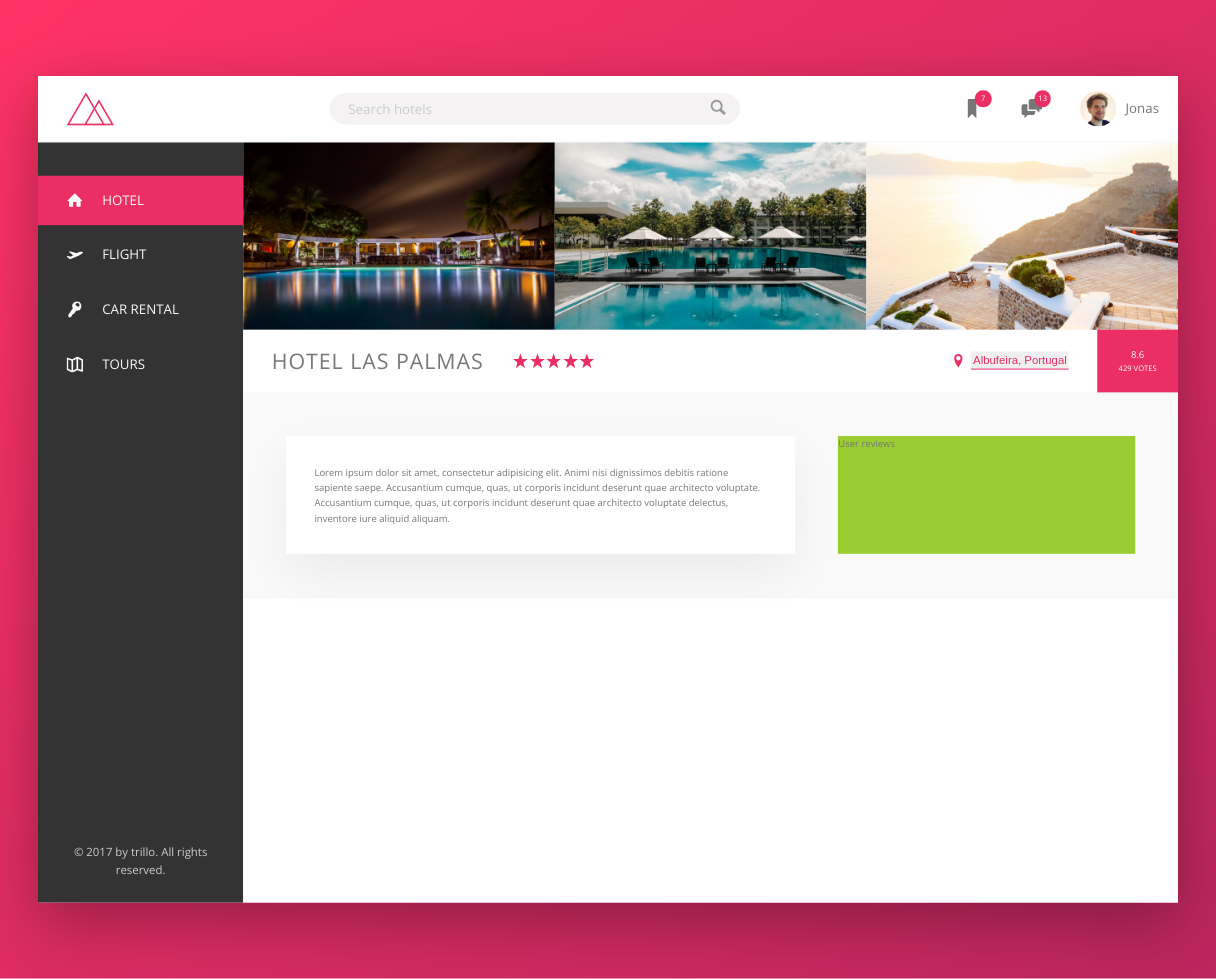
Repository: MalgorzataMazur/Trillo
Page: index.html
These files come from the project's save history. The page is drawn as it stood at one moment and after the next save; the edit follows.
The browser window is 1280 px wide. The pictures show the whole page, at 95% of full size.
The style sheet was rebuilt from its Sass, Less or Tailwind sources for each picture, by a compiler version that may differ from the author's.

Above is the page before, as saved 2020-03-27 18:49:31.

After the next save:
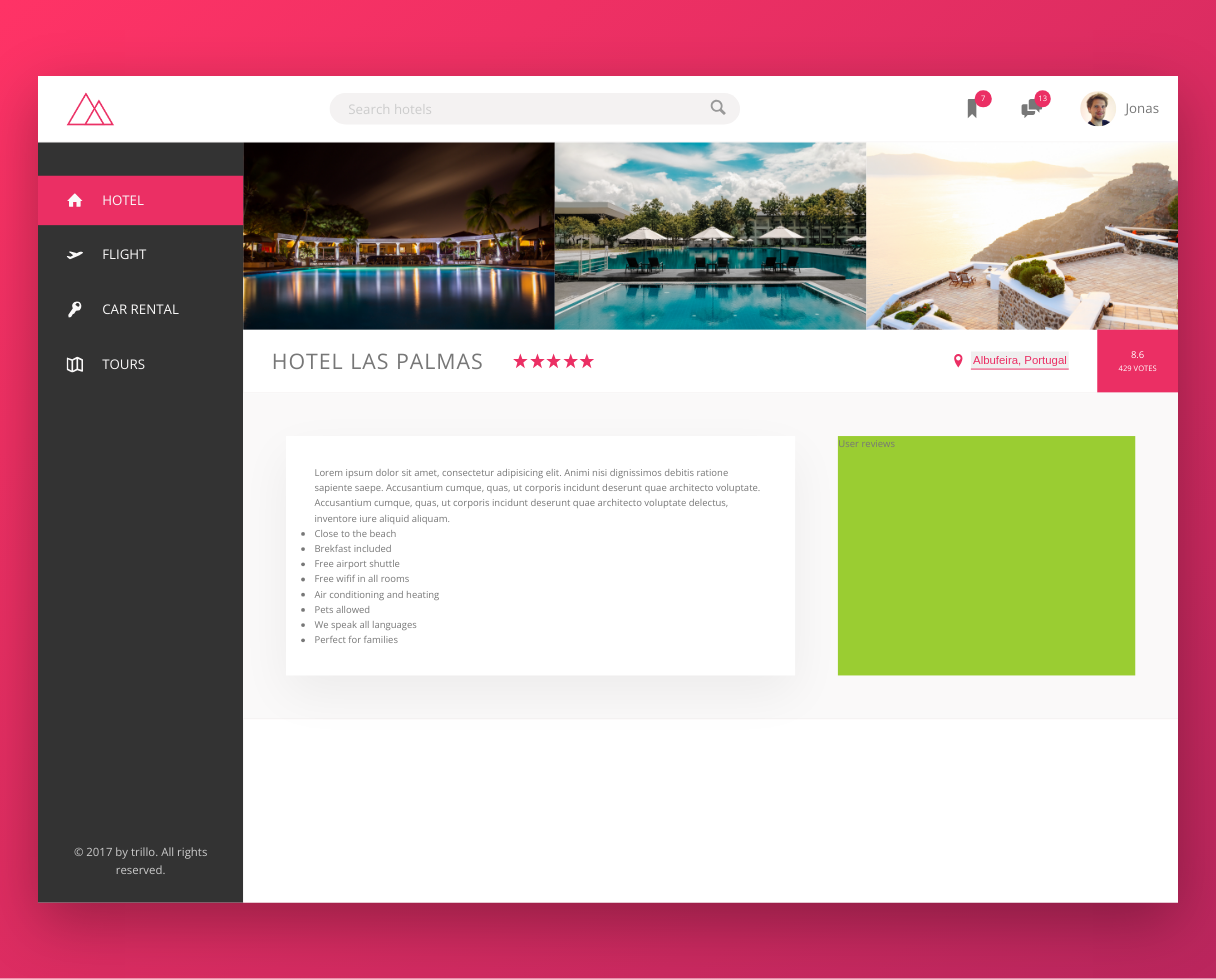
Saved 6 min 1 s later.
--- a/index.html
+++ b/index.html
@@ -143,6 +143,16 @@
                              <p class="paragraph">
                                 Accusantium cumque, quas, ut corporis incidunt deserunt quae architecto voluptate delectus, inventore iure aliquid aliquam.
                              </p>
+                             <ul class="list">
+                                 <li class="list__item">Close to the beach</li>
+                                 <li class="list__item">Brekfast included</li>
+                                 <li class="list__item">Free airport shuttle</li>
+                                 <li class="list__item">Free wifif in all rooms</li>
+                                 <li class="list__item">Air conditioning and heating</li>
+                                 <li class="list__item">Pets allowed</li>
+                                 <li class="list__item">We speak all languages</li>
+                                 <li class="list__item">Perfect for families</li>
+                             </ul>
                         </div>
 
                         <div class="user-reviews">
